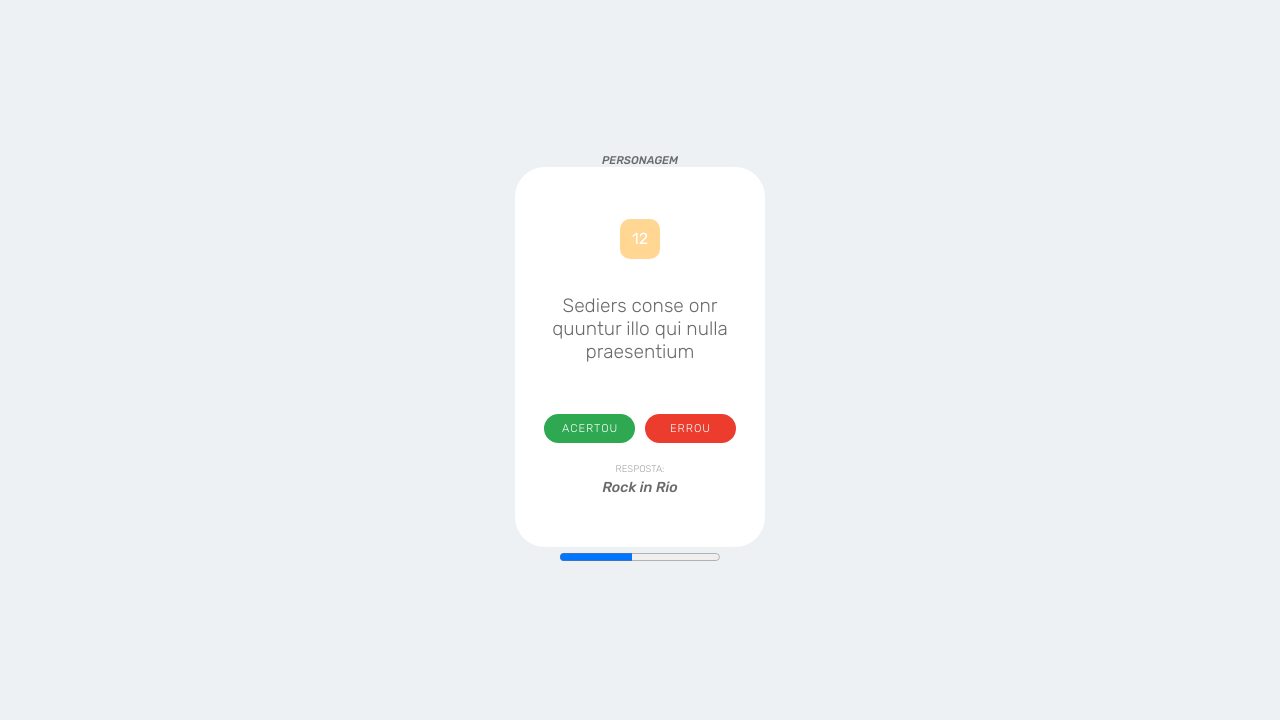
Repository: lucasthaynan/acertai
Page: index.html
The author's editor kept a copy of each file at every save. The page is drawn from the files as they stood at one save, then again after the next save.
The browser window is 1280 px wide. The pictures show the whole page.

Above is the page before, as saved 2024-04-14 20:58:56.

After the next save:
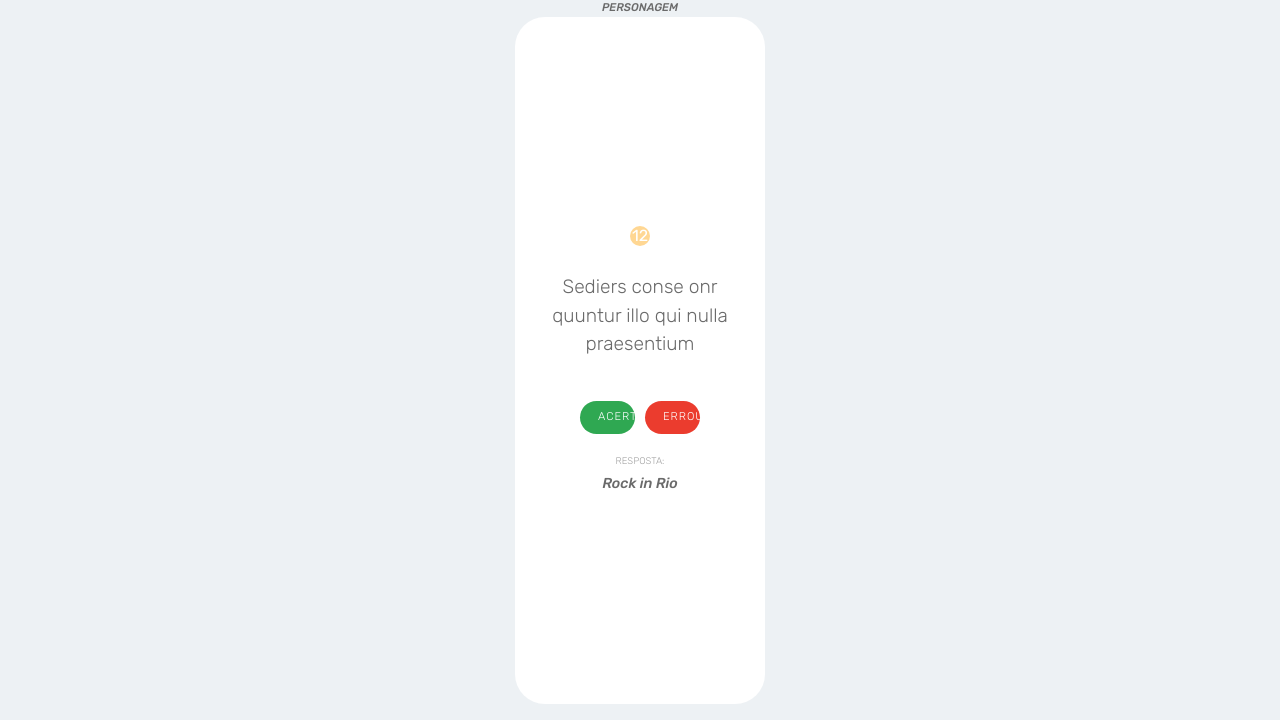
Saved 23 s later.
--- a/index.html
+++ b/index.html
@@ -5,6 +5,10 @@
     <meta http-equiv="X-UA-Compatible" content="IE=edge">
     <meta name="viewport" content="width=device-width, initial-scale=1.0">
     <link rel="stylesheet" href="style.css">
+    <link
+  rel="stylesheet"
+  href="https://cdn.jsdelivr.net/npm/bulma@1.0.0/css/bulma.min.css"
+>
     <title>AcertAí - Jogo</title>
 </head>
 <body>

After the save that followed:
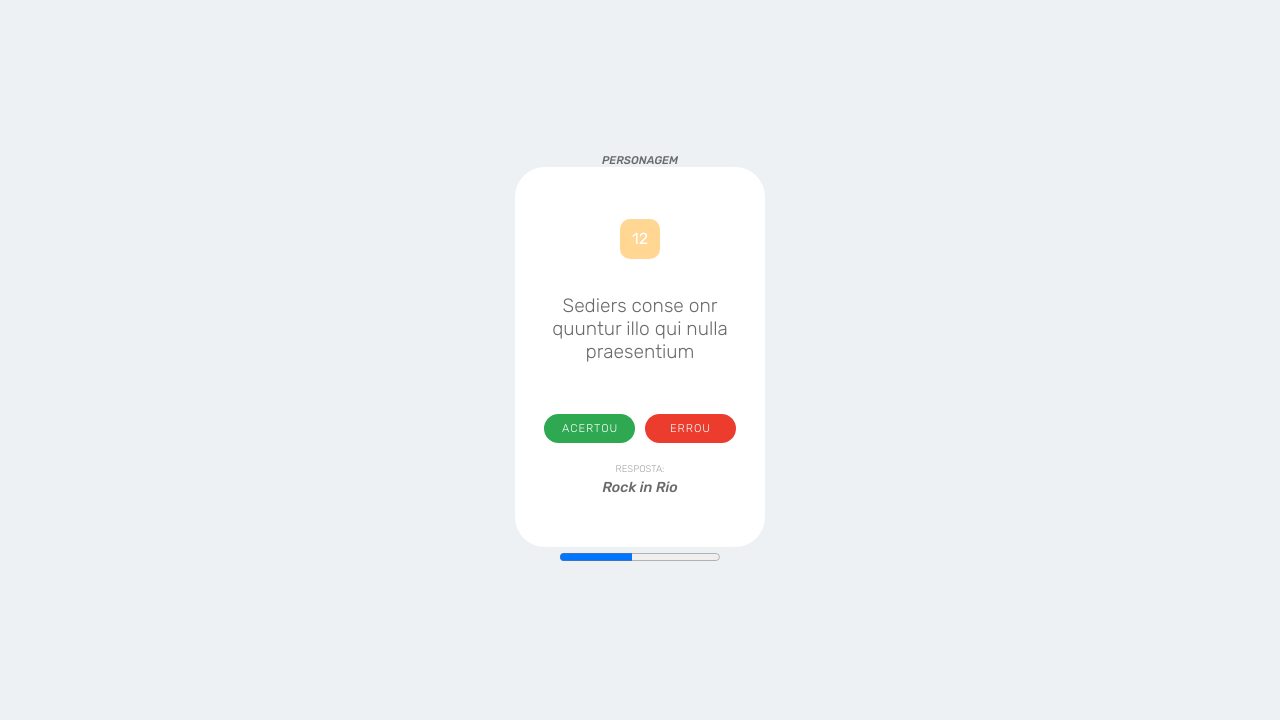
Saved 5 s later.
--- a/index.html
+++ b/index.html
@@ -5,10 +5,7 @@
     <meta http-equiv="X-UA-Compatible" content="IE=edge">
     <meta name="viewport" content="width=device-width, initial-scale=1.0">
     <link rel="stylesheet" href="style.css">
-    <link
-  rel="stylesheet"
-  href="https://cdn.jsdelivr.net/npm/bulma@1.0.0/css/bulma.min.css"
->
+
     <title>AcertAí - Jogo</title>
 </head>
 <body>
